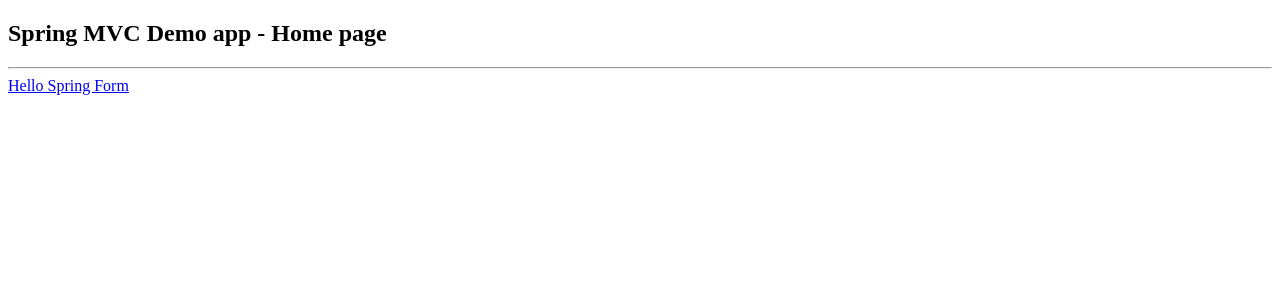
Repository: Mostafayehya/Spring-Hibernate-for-beginners-course-code
Page: http://localhost/spring-mvc-demo/
An editor plug-in stored every save of this project. The page is shown before and after the next save, followed by the edit.
The browser window is 1280 px wide. The pictures show the whole page.
The page is served by Tomcat 9. Other server files are loaded and not shown.

Above is the page before, as saved 2019-12-01 12:42:48.

### spring-mvc-demo/WebContent/WEB-INF/view/main-menu.jsp
<!DOCTYPE html>
<html>
<body>
<h2>Spring MVC Demo app - Home page</h2>

<hr>
<a href="hello/showForm">Hello Spring Form</a>
</body>
</html>

After the next save:
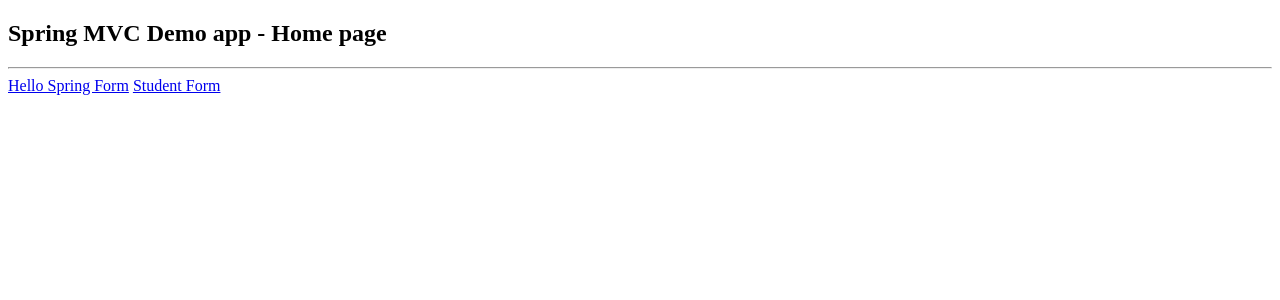
Saved 83 s later.
--- a/spring-mvc-demo/WebContent/WEB-INF/view/main-menu.jsp
+++ b/spring-mvc-demo/WebContent/WEB-INF/view/main-menu.jsp
@@ -5,5 +5,7 @@
 
 <hr>
 <a href="hello/showForm">Hello Spring Form</a>
+
+<a href="student/showForm">Student Form</a>
 </body>
 </html>
